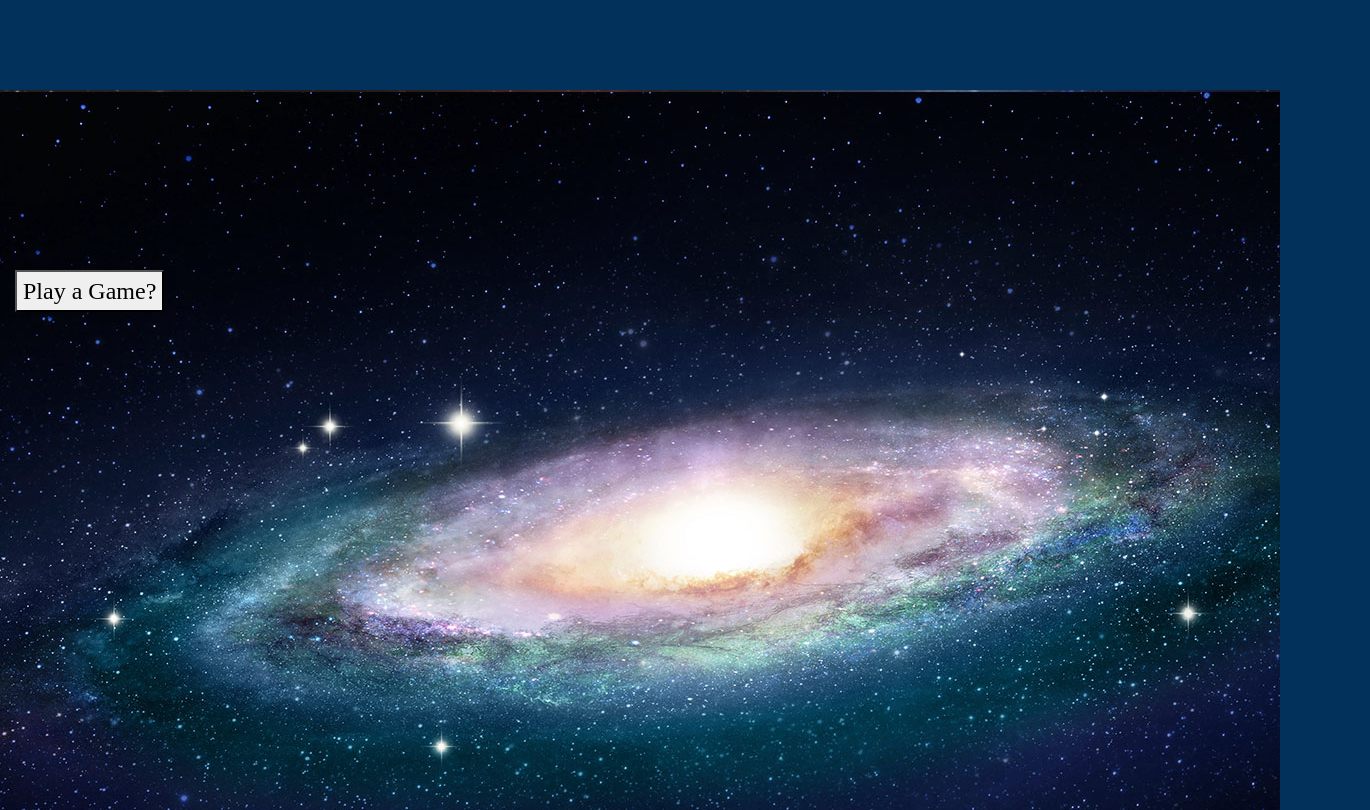
Repository: dsaftler/Trivia
Page: index.html
These files come from the project's save history. The page is drawn as it stood at one moment and after the next save; the edit follows.
The browser window is 1280 px wide. The page is 1280 px wide, then 1370 px, so the pictures cover 1370 px, including what lies to the right of the window. The pictures show the whole page.
Some web fonts or font styles are not loaded; a fallback is used.

Above is the page before, as saved 2019-04-13 15:47:11.

### index.html
<!DOCTYPE html>
<html lang="en">
<head>
  <meta charset="UTF-8">
  <meta name="viewport" content="width=device-width, initial-scale=1.0">
  <meta http-equiv="X-UA-Compatible" content="ie=edge">
   <link rel="stylesheet" href="assets/css/reset.css" type="text/css">
  <link rel="stylesheet" href="https://stackpath.bootstrapcdn.com/bootstrap/4.3.1/css/bootstrap.min.css"
    integrity="sha384-ggOyR0iXCbMQv3Xipma34MD+dH/1fQ784/j6cY/iJTQUOhcWr7x9JvoRxT2MZw1T" crossorigin="anonymous">
  <!-- <link href="https://fonts.googleapis.com/css?family=Cherry+Swash:700" rel="stylesheet"> -->
  <link href="https://fonts.googleapis.com/css?family=Baumans" rel="stylesheet">
  <!-- custom css -->
  <link rel="stylesheet" href="assets/css/style.css" type="text/css">

  <title>Trivia Game</title>
</head>
<body>
<div class="container">
  <div class="scoreElements">
   <div id="showWinsCnt"><span id="wins"></span></div>
   <div id="showLoseCnt"><span id="wrongs"></span></div>
   <div id="showMissCnt"><span id="misses"></span></div>
  </div>
  <div class='playElements'>
    <div class="showTimer"><span id="timer"></span></div>
    <div class="showQuestion"><span id="question"></span></div>
    <ul class=showAnswers>
    <li class="answers" id="answer0"><a href="#"></a></li>
    <li class="answers" id="answer1"><a href="#"></a></li>
    <li class="answers" id="answer2"><a href="#"></a></li>
    <li class="answers" id="answer3"><a href="#"></a></li>
    </ul>
    <div class="tmyk">
      <img class="image">
      <div class="extra"></div>
    </div>
  </div>

  <button id="newGame" onclick="initGame()">Play a Game?</button>
  <!-- <button id="temp1" onclick="newQuestion()">Next Question?</button> -->
</div>

<!-- bootstrap scripts -->
<script src="https://code.jquery.com/jquery-3.3.1.slim.min.js"
  integrity="sha384-q8i/X+965DzO0rT7abK41JStQIAqVgRVzpbzo5smXKp4YfRvH+8abtTE1Pi6jizo" crossorigin="anonymous"></script>
<script src="https://cdnjs.cloudflare.com/ajax/libs/popper.js/1.14.7/umd/popper.min.js"
  integrity="sha384-UO2eT0CpHqdSJQ6hJty5KVphtPhzWj9WO1clHTMGa3JDZwrnQq4sF86dIHNDz0W1" crossorigin="anonymous"></script>
<script src="https://stackpath.bootstrapcdn.com/bootstrap/4.3.1/js/bootstrap.min.js"
  integrity="sha384-JjSmVgyd0p3pXB1rRibZUAYoIIy6OrQ6VrjIEaFf/nJGzIxFDsf4x0xIM+B07jRM" crossorigin="anonymous"></script>
<script src="assets/javascript/app.js"></script>


</body>
</html>

### assets/css/style.css
html {
  height: 100%;
}
body {
  height: 100%;
  margin: 0;
  padding:0;
  background-color: #02315c;

  margin: auto;
  align-content: center;
  font-family: 'Baumans', cursive;
  color:white;
  font-size: 24px;
  font-weight: bolder;
}
.container{
  height: 100%;
  margin-top: 90px;
  background-image: url("../images/hubble.jpg");
  max-width: 1536px;
}
.newGame{
  width:10%;
  margin: auto;
  color:white;
  background-color:black;
}
.scoreElements{
align-content: center;
margin: auto;
width: 75%;

}

.playElements{
  align-content: center;
  margin: auto;
  width: 75%;
}
ul li a {
  color: #8fc7bc);
  display: block;
  text-decoration: none;
  padding: 16px;
  width:50%
}

ul {
  list-style-type: circle;
}

li {
  display: block;
}

ul li a:hover {
  color: #332419;
  display: block;
  text-decoration: none;
}

li:hover {
  background-color:#8fc7bc;
}

### assets/javascript/app.js
// Advanced game has a 30 second timer that counts down to 0 for each question !!!!!!!!!!!!  changed to 15 seconds
// If the timer is 0 OR  a wrong answer is chosen:
  // show the correct answer for 5 seconds
// display a new question
// restart the timer with no user interaction

// questions are contained in an array with question, array of answers, index of correct answer
// question shows in questionId
// "Correct"  or "Correct Answer" shows in answerId
// 4 possible answers show in 4 clickable buttons
// buttons have hover behavior
//  only one can be selected (by click)

// scores for Wins, Losses, and Unanswered are kept (correct, wrong, timer ==0)
// ask to play again in link
// click on play restarts the game without re-loading the page

var qArray =[];
var wins, wrongs, misses, seconds;
var correctAnswerId;
var timer;
var seconds;
var isNewGame = true;
var timerRunning=false;
var i;
var qArrayLength
var sayCorrect
var answerTime=100;
var displayInfoTime=0;

$(document).ready(function () {
  //initGame();  // called by newGame button
  $(".answers").click(function() {
    stopTimer();
    $(".answers").css("pointer-events","none");
    //which answer did I click?
    var target = $(this).attr("id")
    for(let j = 0; j<4; j++) {
      jtarget = "answer" + j
      //console.log(jtarget)
      if (jtarget === target){
        if (j === correctAnswerId){
          showMe("win");
        } else {
          showMe("lose");
        }
      }
    }
  });
});


function initGame() {
  wins = 0;
  wrongs = 0;
  misses = 0;
  $(".scoreElements").hide();
  $(".playElements").hide();
  // $("#showWinsCnt").hide();
  // $("#showLoseCnt").hide();
  // $("#showMissCnt").hide();
  $("#newGame").hide();
  loadQuestions();
  i = 0;
  newQuestion(i);
}

function newQuestion(i)
{
  console.log(i)
  if (i < qArrayLength){
    // show game pieces: question, answers
    $(".playElements").show();
    $("#timer").show();
    // $(".showQuestion").show();
    // $(".answers").show();
    $(".tmyk").hide();
    // $(".extra").hide();
    // $(".image").hide();
    // console.log(qArray[i]);
    q="Question "+(i+1)+":  "
    $("#question").text(q+(qArray[i].question));
    $("#answer0").text(qArray[i].ansArray[0]);
    //console.log(qArray[i].ansArray[0]);
    $("#answer1").text(qArray[i].ansArray[1]);
    $("#answer2").text(qArray[i].ansArray[2]);
    $("#answer3").text(qArray[i].ansArray[3]);
    correctAnswerId = qArray[i].correct;
    correctAnswer = qArray[i].ansArray[correctAnswerId]
    //console.log(qArray[i].ansArray[correctAnswerId]);
    info = qArray[i].extra;
    $(".answers").css("pointer-events", "auto");
    clearInterval(timer)
    seconds = answerTime;
    showTime();
    timer = setInterval(tick, 1000);
  } else {
    gameOver();
  }
}

function gameOver()
{
  $(".playElements").hide();
  // $("#timer").hide();
  // $(".showQuestion").hide();
  // $(".answers").hide();
  // $(".extra").hide();
  // $(".image").hide();
  $(".scoreElements").show();
  $("#showWinsCnt").text(wins + " Correct")
 // $("#showWinsCnt").show();

  $("#showLoseCnt").text( wrongs + " Wrong")
  //$("#showLoseCnt").show();

  $("#showMissCnt").text(  misses + " Time-Outs")
 // $("#showMissCnt").show();
  //$("#wins").text(wins);
  // $("#wrongs").text(wrongs);
  // $("#misses").text(misses);
  $("#newGame").text("Play Again?"); // calls initGame
  $("#newGame").show();
}


//  The decrement function.
function tick()
{
  seconds--;
  if (seconds < 0) {
    //  ...run the stop function.
    stopTimer()
    showMe("miss");
    return;
  }
  showTime();

}

function stopTimer()
{
  clearInterval(timer);
 // $("#answers").pointerEvents="none";
 $("#answers")
}

//  Execute the run function.
function showTime()
{
 $("#timer").html("<h2>" + seconds + "</h2>");
 //console.log(seconds);
}
function showMe(result){
  switch (result){
    case "win":
      //alert("Correct");
      sayCorrect="Correct! "
      wins++;
      break;
    case "lose":
      //alert("Incorrect");
      sayCorrect = 'The correct answer was: '  + correctAnswer
      wrongs++
      break;
    case "miss":
      $("#timer").html("<h2>Timed-Out</h2>");
      sayCorrect= 'The answer was:  ' + correctAnswer
      misses++;
      break;
   }
  showExtra();
  setTimeout(displayPause, 1000 * displayInfoTime)

  }
function showExtra(){
  imgUrl = qArray[i].image
  $(".image").attr({"src":imgUrl, "alt": qArray[i].imageAlt});

  //console.log("<img src=" + qArray[i].image + ">");
  $(".extra").html(sayCorrect + "<br/>" + qArray[i].extra);
  $(".tmyk").show();
  //$(".extra").show();
  //$(".image").show();

}
function displayPause(){
  stopTimer();
  clearTimeout();
  i++;
  newQuestion(i)
}

function loadQuestions(){
qArray = [
    {
      question: "How many moons are in our Solar System?",
      correct: 3,
      ansArray: [25, 50, 97, 181],
      image: "assets/images/Moons_of_solar_system.jpg",
      imgAlt: "Moons of the solar system",
      extra: "These moons (also known as natural satellites) vary greatly in size and quantity per planet. For example, the largest moon is Jupiter’s Ganymede, and the smallest is Mar’s Deimos. Ganymede has a diameter of 3,273 miles, and Deimos has a diameter of 7 miles."

    },
    {
      question: "What percent of the universe is dark matter? (Plus or minus 2%.)",
      correct: 1,
      ansArray: ["15%", "27%", "50%", "80%"],
      image: "assets/images/darkmatter.png",
      imgAlt:"Dark matter web",
      extra: "The rest of the universe is around 68% dark energy, and less than 5% of the universe is made up of what we would consider ‘normal’ matter. This means that roughly 80% of the mass of the universe is made up of material we cannot see."
    },
    {
      question: "What is the most common type of star found in the Milky Way?",
      correct: 1,
      ansArray: ["Neutron stars", "Red dwarf stars", "Supernovae", "G-type"],
      image: "assets/images/Red-dwarf-infographic.jpg",
      imgAlt: "Types of Stars Infographic",
      extra: "Red dwarf stars make up an estimated ¾ of all stars found in the Milky Way. The surface temperature of red dwarf stars is less than 4,000 Kelvin, and they have a very low luminosity and therefore cannot be easily seen. In fact, from Earth not one red dwarf star can be seen with the naked eye. Since they develop very slowly and are constant for trillions of years, there are actually no advanced stars of this type in our galaxy because our galaxy is too young!"
    },
    {
      question: "What is the closest star to the Sun?",
      correct: 0,
      ansArray: ["Proxima Centauri", "Tau Ceti", "51 Pegasi", "Rigel"],
      image: "assets/images/proxima_centauri_main.jpg",
      imgAlt: "Proxima Centauri",
      extra: "Proxima Centauri is a red dwarf star located in Alpha Centauri system, which is in the Centaurus constellation. Alpha Centauri is actually a triple star system with Proxima Centauri being the closest to the sun. It is 4.24 light years away from the sun, and is not visible to the naked eye from Earth."
    },
    {
      question: "What has a gravitational pull so strong that even light cannot escape it?",
      correct: 2,
      ansArray: ["Quantum Gravity", "True Love", "Black Hole", "Worm Hole"],
      image: "assets/images/blackhole.jpg",
      imgAlt: "Black Hole",
      extra: "Black holes are one of the deadliest things in the universe. They are formed when a star with a mass more than three times that of our sun dies and collapses onto itself after an explosion called a supernova. Black holes can siphon the gas out of stars until they vanish. They can even break apart and swallow planets."
    },
    {
      question: "Which NASA space flight was the last manned mission to the moon?",
      correct: 3,
      ansArray: ["Gemini 12", "Skynet 1.0", "Apollo 13","Apollo 17"],
      image: "assets/images/moon-landing.jpg",
      imgAlt: "Moon Landing",
      extra: "Apollo 17 launched on December 7, 1972 as the first night launch done by NASA. It was also the final mission of NASA’s Apollo program. Apollo 17 was the last time humans traveled beyond low Earth orbit. The mission also boasted that at the time it had the longest moon landing, largest lunar samples, longest time in orbit, and the longest total moonwalks."
    },
    {
      question: "What is the longest continuous time a human has spent in space? (Plus or minus 20 days.)",
      correct: 2,
      ansArray: ["37 days", "189 days", "437 days", "682 days"],
      image: "assets/images/poljakov.jpg",
      imgAlt: "Portrait of Poljakov",
      extra: "This amounts to more than 14 months in space. This feat was accomplished by Valeri Polyakov, a Russian astronaut who stayed aboard the Mir space station from January 1994 to March 1995. When Polyakov retired he had over 678 cumulative days in space, and his combined space time was over 22 months."
    },
    {
      question: "How much time does sun rays take to reach earth?",
      correct: 2,
      ansArray: ["58 seconds", "3.5 minutes", "8 minutes", "14 minutes"],
      image: "assets/images/Earth_to_Sun.png",
      imgAlt: "Distance to the Sun",
      extra: "The speed of light in vacuum, commonly denoted c, is a universal physical constant important in many areas of physics. Its exact value is299,792,458 meters per second (approximately 300,000 km/s (186,000 mi/s))."
    },
    {
      question: "When will Halley’s Comet will be visible from Earth again?",
      correct: 2,
      ansArray: ["2024", "2039", "2061", "2101"],
      image: "assets/images/HalleysComet.jpg",
      imgAlt: "Haley's Comet",
      extra: "Halley's Comet is arguably the most famous comet. It is a ‘periodic’ comet and returns to Earth's vicinity about every 75 years, making it possible for a human to see it twice in his or her lifetime. The last time it was here was in 1986, and it is projected to return in 2061."
    },
    {
      question: "How long was the shortest space flight?",
      correct: 0,
      ansArray: ["15 minutes", "73 minutes", "4.5 hours", "3 days"],
      image: "assets/images/freedom7.jpg",
      imgAlt: "Freedom 7 launch",
      extra: "This occurred on May 5, 1961 when Alan Shepard achieved an altitude of 115 miles in NASA’s Freedom 7. He was also the first American in space. Shepard later went on to become the oldest person to walk on the surface of the moon. He achieved this in 1971 during the Apollo 14 mission. At the time, he was 47 years old."
    }
  ]
  qArrayLength=qArray.length;
  //console.log(qArray);
};

Loaded but not shown: assets/css/reset.css (no stored copy; drawn as an empty file)

After the next save:
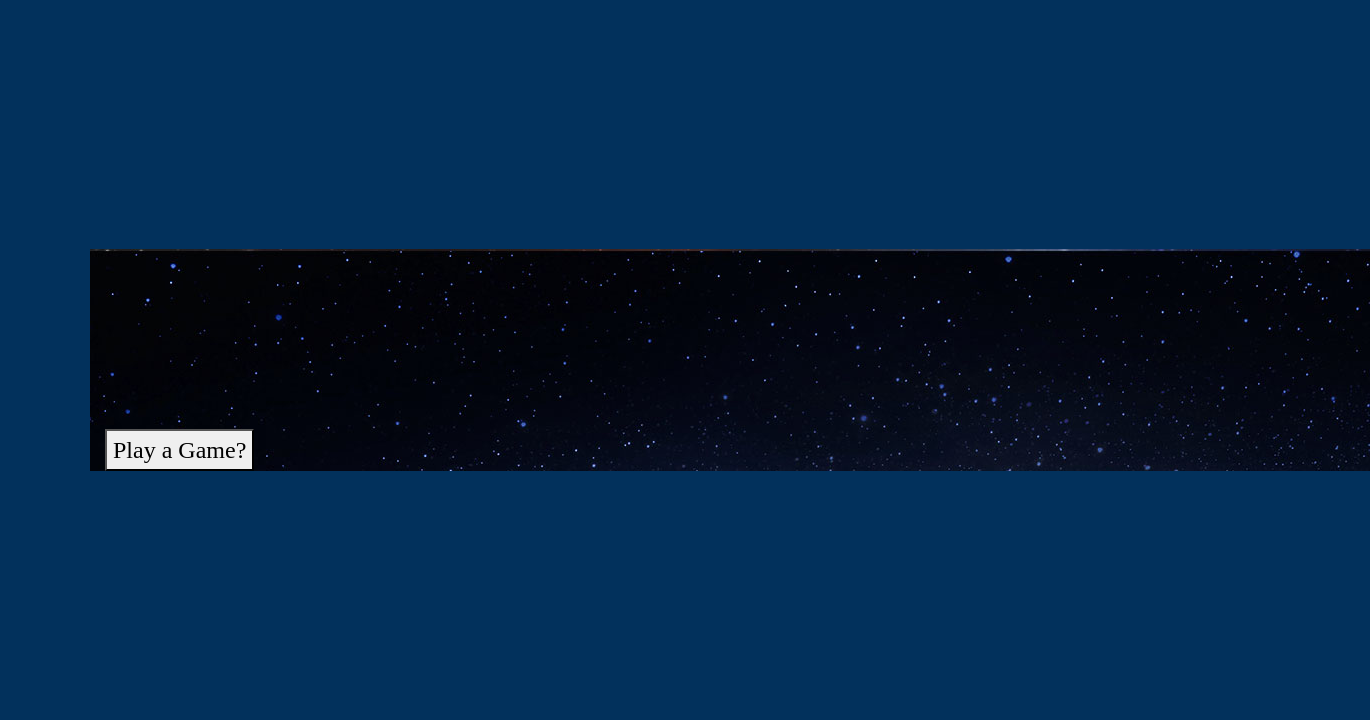
Saved 46 s later.
--- a/assets/css/style.css
+++ b/assets/css/style.css
@@ -15,8 +15,8 @@ body {
   font-weight: bolder;
 }
 .container{
-  height: 100%;
-  margin-top: 90px;
+  /* height: 100%; */
+  margin: 90px;
   background-image: url("../images/hubble.jpg");
   max-width: 1536px;
 }
